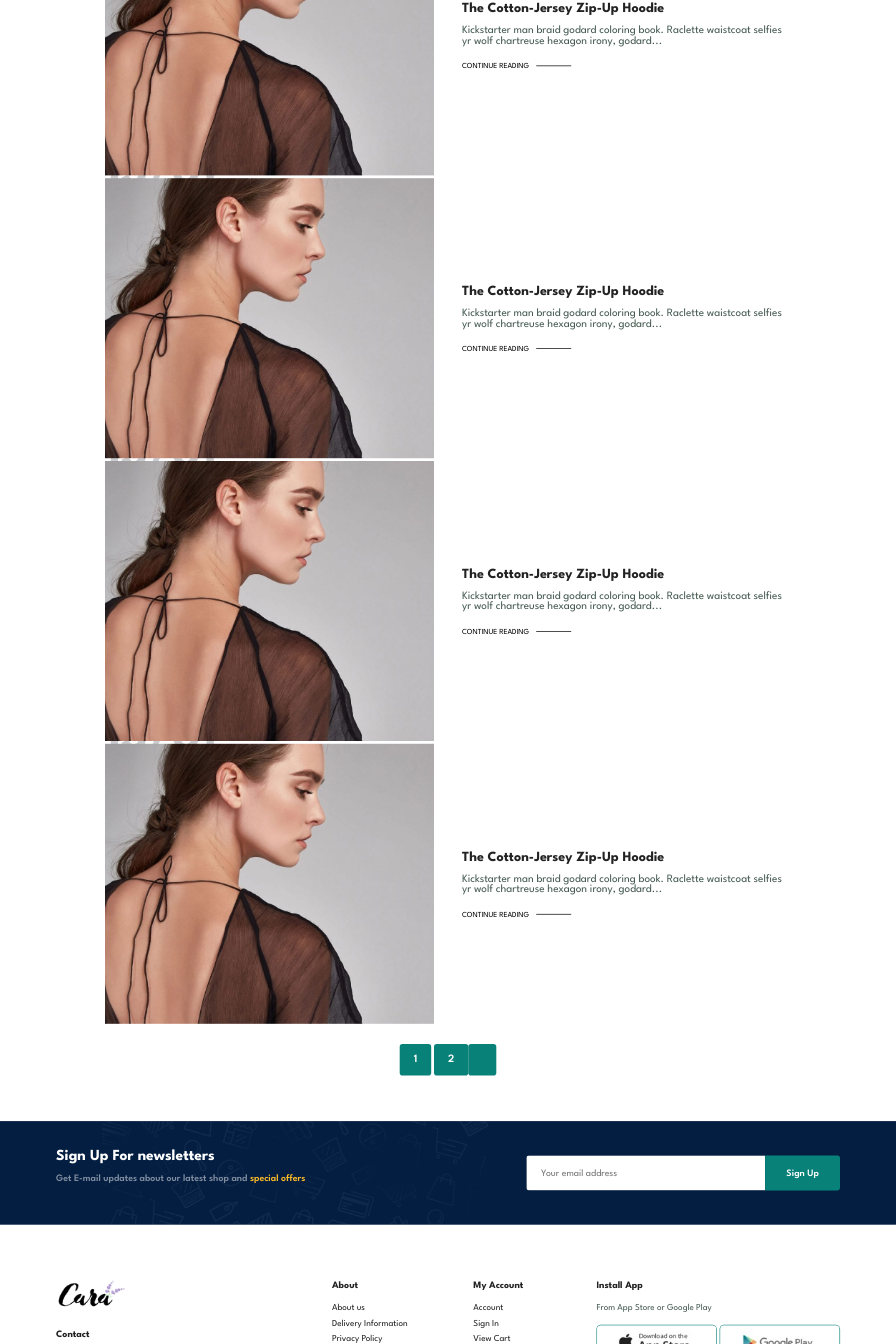
Repository: quy261001/cara
Page: blog.html
The author's editor kept a copy of each file at every save. The page is drawn from the files as they stood at one save, then again after the next save.
The browser window is 1280 px wide. The pictures show the part of the page from y = 672 to 2592 px (the page is 2845 px tall before and 3205 px after), at 70% of full size.

Above is the page before, as saved 2022-05-03 22:36:24.

### blog.html
<!DOCTYPE html>
<html lang="en">
<head>
  <meta charset="UTF-8">
  <meta http-equiv="X-UA-Compatible" content="IE=edge">
  <meta name="viewport" content="width=device-width, initial-scale=1.0">
  <link rel="stylesheet" href="style.css">
  <title>Cara Blog</title>
</head>
<body>
  <section class="header">
    <a href="#"><img src="img/logo.png" class="logo" alt=""></a>

    <div>
      <ul class="navbar">
        <li><a href="index.html">Home</a></li>
        <li><a href="shop.html">Shop</a></li>
        <li><a class="active" href="blog.html">Blog</a></li>
        <li><a href="about.html">About</a></li>
        <li><a href="contact.html">Contact</a></li>
        <li class="lg-bag"><a href="cart.html"><i class="far fa-shopping-bag"></i></a></li>
        <a href="#" class="close"><i class="far fa-times"></i></a>
      </ul>
    </div>
    <div class="mobile">
      <a href="cart.html"><i class="menu far fa-shopping-bag"></i></a>
      <div class="bar">
        <i class=" fas fa-outdent"></i>
      </div>
    </div>
  </section>

  <section class="page-header blog-header">
    <h2>#readmore</h2>
    <p>Read all case studies about our products!</p>
  </section>

  <section class="blog">
    <div class="blog-box">
      <div class="blog-img">
        <img src="img/blog/b1.jpg" alt="">
      </div>
      <div class="blog-details">
        <h4>The Cotton-Jersey Zip-Up Hoodie</h4>
        <p>Kickstarter man braid godard coloring book. Raclette waistcoat selfies yr wolf chartreuse hexagon irony, godard...</p>
        <a href="#">CONTINUE READING</a>
      </div>
      <h1>13/01</h1>
    </div>
    <div class="blog-box">
      <div class="blog-img">
        <img src="img/blog/b1.jpg" alt="">
      </div>
      <div class="blog-details">
        <h4>The Cotton-Jersey Zip-Up Hoodie</h4>
        <p>Kickstarter man braid godard coloring book. Raclette waistcoat selfies yr wolf chartreuse hexagon irony, godard...</p>
        <a href="#">CONTINUE READING</a>
      </div>
      <h1>13/01</h1>
    </div>
    <div class="blog-box">
      <div class="blog-img">
        <img src="img/blog/b1.jpg" alt="">
      </div>
      <div class="blog-details">
        <h4>The Cotton-Jersey Zip-Up Hoodie</h4>
        <p>Kickstarter man braid godard coloring book. Raclette waistcoat selfies yr wolf chartreuse hexagon irony, godard...</p>
        <a href="#">CONTINUE READING</a>
      </div>
      <h1>13/01</h1>
    </div>
    <div class="blog-box">
      <div class="blog-img">
        <img src="img/blog/b1.jpg" alt="">
      </div>
      <div class="blog-details">
        <h4>The Cotton-Jersey Zip-Up Hoodie</h4>
        <p>Kickstarter man braid godard coloring book. Raclette waistcoat selfies yr wolf chartreuse hexagon irony, godard...</p>
        <a href="#">CONTINUE READING</a>
      </div>
      <h1>13/01</h1>
    </div>
  </section>

  <section class="pagination section-p1">
    <a href="#">1</a>
    <a href="#">2</a>
    <a href="#"><i class="next fal fa-long-arrow-alt-right"></i></a>
  </section>

  <section class="newsletter section-p1 section-m1">
      <div class="newstext">
          <h4>Sign Up For newsletters</h4>
          <p>Get E-mail updates about our latest shop and <span>special offers</span></p>
      </div>
      <div class="form">
        <input type="text" placeholder="Your email address">
        <button class="normal">Sign Up </button>
      </div>
  </section>

  <footer class="section-p1">
    <div class="col">
      <img class="logo" src="img/logo.png" alt="">
      <h4>Contact</h4>
      <p><strong>Address: </strong>562 Wellington Road, Street 32, San Francisco</p>
      <p><strong>Phone: </strong>+01 2222 365 /(+91) 01 2345 6789</p>
      <p><strong>Hours: </strong>10:00 - 18:00, Mon - Sat</p>
      <div class="follow">
        <h4>Follow us</h4>
        <div class="icon">
          <i class="fab fa-facebook-f"></i>
          <i class="fab fa-twitter"></i>
          <i class="fab fa-instagram"></i>
          <i class="fab fa-pinterest-p"></i>
          <i class="fab fa-youtube"></i>
        </div>
      </div>
    </div>

    <div class="col">
      <h4>About</h4>
      <a href="#">About us</a>
      <a href="#">Delivery Information</a>
      <a href="#">Privacy Policy</a>
      <a href="#">Terms & Conditions</a>
      <a href="#">Contact Us</a>
    </div>

    <div class="col">
      <h4>My Account</h4>
      <a href="#">Account</a>
      <a href="#">Sign In</a>
      <a href="#">View Cart</a>
      <a href="#">My Wishlist</a>
      <a href="#">Track My Order</a>
      <a href="#">Help</a>
    </div>

    <div class="col install">
      <h4>Install App</h4>
      <p>From App Store or Google Play</p>
      <div class="row">
        <img src="img/pay/app.jpg" alt="">
        <img src="img/pay/play.jpg" alt="">
      </div>
      <p>Secured Payment Gateways</p>
      <img src="img/pay/pay.png" alt="">
    </div>
  </footer>
  <section>
    <div class="copyright">
      <p>@ 2021, Teach2 etc - HTML CSS Ecommerce Template</p>
    </div>
  </section>
  <script src="script.js"></script>
  <script defer src="https://pro.fontawesome.com/releases/v5.15.4/js/all.js"></script>
</body>
</html>

### style.css
@import url('https://fonts.googleapis.com/css2?family=League+Spartan:wght@100;200;300;400;500;600;700;800;900&display=swap');
* {
  margin: 0;
  padding: 0;
  box-sizing: border-box;
  font-family: 'League Spartan', sans-serif;
}
h1 {
  font-size: 50px;
  line-height: 64px;
  color: #222;
}
h2 {
  font-size: 46px;
  line-height: 53px;
  color: #222;
}
h4 {
  font-size: 20px;
  color: #222;
}
h6 {
  font-weight: 700;
  font-size: 12px;
}
p {
  font-size: 16px;
  color: #465b52;
  margin: 15px 0 20px 0;
}
.section-p1 {
  padding: 40px 80px;
}
.section-m1 {
  margin: 40px 0;
}
button.normal {
  font-size: 14px;
  font-weight: 600;
  padding: 15px 30px;
  color: #000;
  background-color: #fff;
  border-radius: 4px;
  cursor: pointer;
  border: none;
  outline: none;
  transition: 0.2s;
}
button.while {
  font-size: 13px;
  font-weight: 600;
  padding: 11px 22px;
  color: #000;
  background-color: transparent;
  cursor: pointer;
  border: 1px solid #fff;
  outline: none;
  transition: 0.2s;
}
body {
  width: 100%;
}

/* Header-start */
.header {
  display: flex;
  justify-content: space-between;
  align-items: center;
  padding: 20px 80px;
  background-color: #E3E6F3;
  box-shadow: 0 5px 15px rgba(0, 0, 0, 0.06);
  z-index: 999;
  position: sticky;
  top: 0;
  left: 0;
}

.navbar {
  display: flex;
  align-items: center;
  justify-content: center;
}

.navbar li {
  list-style: none;
  padding: 0 20px;
  position: relative;
}

.navbar li a {
  text-decoration: none;
  font-size:16px;
  font-weight: 600;
  color: #1a1a1a;
  transition: 0.3s ease;
}

.navbar li a:hover,
.navbar li a.active {
  color: #088178;
}

.navbar li a.active::after,
.navbar li a:hover::after {
  content: "";
  width: 30%;
  height: 2px;
  background-color: #088178;
  position: absolute;
  bottom: -4px;
  left: 20px;
}
.mobile {
  display: none;
  align-items: center;
}
.close {
  display: none;
}
/* Home page */
.hero {
  background-image: url("img/hero4.png");
  height: 90vh;
  width: 100%;
  background-position: top 25% right 0;
  background-size: cover;
  display: flex;
  justify-content: center;
  align-items: flex-start;
  flex-direction: column;
  padding: 0 80px;
}

.hero h4 {
  padding-bottom: 15px;
}

.hero h1 {
  color: #088178;
}

.hero button {
  background-image: url("img/button.png");
  background-color: transparent;
  color: #088178;
  border: 0;
  padding: 14px 80px 14px 80px;
  background-repeat: no-repeat;
  cursor: pointer;
  font-weight: 700;
}

.feature {
  display: flex;
  align-items: center;
  justify-content: space-between;
  flex-wrap: wrap;
}

.feature .fe-box {
   width: 180px;
   text-align: center;
   padding: 25px 15px;
   box-shadow: 20px 20px 34px rgba(0, 0, 0, 0.03);
   border: 1px solid #cce7d0;
   border-radius: 4px;
   margin: 15px 0;
}

.feature .fe-box:hover {
  box-shadow: 10px 10px 54px rgba(70, 62, 221, 0.1);
}
.feature .fe-box img {
  width: 100%;
  margin-bottom: 10px;
}
.feature .fe-box h6 {
  display: inline-block;
  padding: 9px 8px 6px 8px;
  line-height: 1;
  border-radius: 4px;
  color: #088178;
  background-color: #fddde4;
}
.feature .fe-box:nth-child(2) h6 {
  background-color: #cdebbc;
}
.feature .fe-box:nth-child(3) h6 {
  background-color: #d1e8f2;
}
.feature .fe-box:nth-child(4) h6 {
  background-color: #cdd4f8;
}
.feature .fe-box:nth-child(5) h6 {
  background-color: #f6dbf6;
}
.feature .fe-box:nth-child(6) h6 {
  background-color: #fff2e5;
}

.product1 {
  text-align: center;
}
.product1 .pro-container {
  display: flex;
  justify-content: space-between;
  flex-wrap: wrap;
  padding-top: 20px;
}
.product1 .pro {
  position: relative;
  width: 23%;
  min-width: 250px;
  padding: 10px 12px;
  border: 1px solid #cce70d;
  border-radius: 25px;
  cursor: pointer;
  box-shadow: 20px 20px 30px rgba(0, 0, 0, 0.02);
  margin: 15px 0;
  transition: 0.2s ease;
}
.product1 .pro:hover {
  box-shadow: 20px 20px 30px rgba(0, 0, 0, 0.06);
}
.product1 .pro img {
  width: 100%;
  border-radius: 20px;
}
.product1 .pro .des {
  text-align: start;
  padding: 10px 0;
}
.product1 .pro .des span {
  color: #606063;
  font-size: 12px;
}
.product1 .pro .des h5 {
  padding-top: 7px;
  color: #1a1a1a;
  font-size: 14px;
}
.star {
  font-size: 12px;
  color: rgb(243, 181, 25);
}
.product1 .pro .des h4 {
  padding-top: 7px;
  font-size: 15px;
  font-weight: 700;
  color: #088178;
}
.product1 .pro .cart {
  width: 40px;
  height: 40px;
  line-height: 40px;
  border-radius: 50px;
  background-color: #e8f6ea;
  font-weight: 500;
  color: #088178;
  border: 1px solid #cce7d0;
  padding: 10px;
  position: absolute;
  bottom: 20px;
  right: 10px;
}

.banner {
  display: flex;
  flex-direction: column;
  justify-content: center;
  align-items: center;
  background-image: url("img/banner/b2.jpg");
  width: 100%;
  height: 40vh;
  background-size: cover;
  background-position: center;
}
.banner h4 {
  color: #fff;
  font-size: 16px;
}
.banner h2 {
  color: #fff;
  font-size: 30px;
  padding: 10px 0;
}
.banner h2 span {
  color: #ef3636;
}
.banner button:hover {
  background: #088178;
  color: #fff;
}

.sm-banner {
  display: flex;
  justify-content: space-between;
  flex-wrap: wrap;
}

.sm-banner .banner-box {
  display: flex;
  flex-direction: column;
  justify-content: center;
  align-items: flex-start;
  text-align: center;
  background-image: url("img/banner/b17.jpg");
  min-width: 49%;
  height: 50vh;
  background-size: cover;
  background-position: center;
  padding: 30px;
}
.sm-banner .banner-box2 {
  background-image: url("img/banner/b10.jpg");
}
.sm-banner h4 {
  color: #fff;
  font-size: 30px;
  font-weight: 300;
}
.sm-banner h2 {
  color: #fff;
  font-size: 38px;
  font-weight: 800;
}
.sm-banner span {
  color: #fff;
  font-size: 24px;
  font-weight: 500;
  margin-bottom: 15px;
}
.sm-banner .banner-box:hover button {
  background-color: #088178;
  border: 1px solid #088178;
}

.banner3 {
  display: flex;
  justify-content: space-between;
  flex-wrap: wrap;
}

.banner3 .banner-box {
  display: flex;
  flex-direction: column;
  justify-content: center;
  align-items: flex-start;
  text-align: center;
  background-image: url("img/banner/b7.jpg");
  min-width: 30%;
  height: 30vh;
  background-size: cover;
  background-position: center;
  padding: 20px;
  margin-bottom: 20px;
}

.banner3 .banner-box2 {
  background-image: url("img/banner/b4.jpg");
}

.banner3 .banner-box3 {
  background-image: url("img/banner/b18.jpg");
}

.banner3 h2 {
  color: #fff;
  font-weight: 900;
  font-size: 22px;
}

.banner3 h3 {
  color: #ec544e;
  font-weight: 800;
  font-size: 15px;
}

.newsletter {
  display: flex;
  justify-content: space-between;
  flex-wrap: wrap;
  align-items: center;
  background-image: url("img/banner/b14.png");
  background-repeat: no-repeat;
  background-position: 20% 30%;
  background-color: #041e42;
}
.newsletter h4 {
  font-size: 22px;
  font-weight: 700;
  color: #fff;
}
.newsletter p {
  font-size: 14px;
  font-weight: 600;
  color: #818ea0;
}
.newsletter p span {
  color: #ffbd27;
}

.newsletter .form {
  display: flex;
  width: 40%;
}

.newsletter input {
  height: 3.125rem;
  width: 24.125rem;
  padding: 0 1.25rem;
  font-size: 14px;
  border: 1px solid transparent;
  border-radius: 4px;
  outline: none;
  border-top-right-radius: 0;
  border-bottom-right-radius: 0;
}
.newsletter button {
  background-color: #088178;
  color: #fff;
  white-space: nowrap;
  padding:18px 30px;
  border-top-left-radius: 0;
  border-bottom-left-radius: 0;
}

footer {
  display: flex;
  flex-wrap: wrap;
  justify-content: space-between;
}
footer .col {
  display: flex;
  flex-direction: column;
  align-items: flex-start;
  margin-bottom: 20px;
}
footer .logo {
    margin-bottom: 30px;
}
footer h4 {
  font-size: 14px;
  margin-bottom: 20px;
}
footer p {
  font-size: 13px;
  margin: 0 0 8px 0;
}
footer a  {
  font-size: 13px;
  text-decoration: none;
  color: #222;
  margin-bottom: 10px;
}
footer .follow {
  margin-top: 20px;
}
footer .follow i {
  color: #456b52;
  padding-right: 4px;
  cursor: pointer;
}
footer .install .row img {
  border: 1px solid #088178;
  border-radius: 6px;
}
footer .install img {
  margin: 10px 0 15px 0;
}
footer .folow i:hover,
footer a:hover {
  color: #088178;
}
.copyright {
  width: 100%;
  text-align: center;
}

/* Shop page */
.page-header {
  background-image: url("img/banner/b1.jpg");
  height: 100%;
  height: 40vh;
  background-size: cover;
  display: flex;
  justify-content: center;
  align-items: center;
  flex-direction: column;
  padding: 14px;
}
.page-header h2,
.page-header p {
  color: #fff;

}
.pagination {
  text-align: center;
}
.pagination a {
  text-decoration: none;
  background-color: #088178;
  padding: 15px 20px;
  border-radius: 4px;
  color: #fff;
  font-weight: 600;
}
.pagination .next {
  font-size: 16px;
}

/* Single Product  */
.prodetails {
  display: flex;
  margin-top: 20px;
}
.prodetails .single-pro-image {
  width: 40%;
  margin-right: 50px;
}

.small-img-group {
  display: flex;
  justify-content: space-between;

}
.small-img-col {
  flex-basis: 24%;
  cursor: pointer;
}
.prodetails .single-pro-details {
  width: 50%;
  padding-top: 30px;
}
.prodetails .single-pro-details h4 {
  padding: 40px 0 20px 0;
}
.prodetails .single-pro-details h2 {
  font-size: 26px;
}
.prodetails .single-pro-details select {
  display: block;
  padding: 5px 10px;
  margin-bottom: 10px;
}
.prodetails .single-pro-details input {
  width: 50px;
  height: 47px;
  padding-left: 10px;
  font-size: 16px;
  margin-right: 10px;
}
.prodetails .single-pro-details input:focus {
  outline: none;
}
.prodetails .single-pro-details button {
  background-color: #088178;
  color: #fff;
}
.prodetails .single-pro-details span {
  line-height: 25px;
}

/* Blog page */
.blog-header {
  background-image: url("img/banner/b19.jpg");
}
.blog {
  padding: 150px 150px 0 150px;
}
.blog .blog-box {
  position: relative;
  display: flex;
  align-items: center;
  width: 100%;
}
.blog .blog-img {
  width: 50%;
  margin-right: 40px;
}
.blog img {
  width: 100%;
  height: 400px;
  object-fit: cover;
}
.blog .blog-details {
  width: 50%;
}
.blog .blog-details a{
  text-decoration: none;
  font-size: 11px;
  color: #000;
  position: relative;
  transition: 0.3s;
}
.blog .blog-details a::after {
  content: "";
  width: 50px;
  height: 1px;
  background-color: #000;
  position: absolute;
  top: 4px;
  right: -60px;
}
.blog .blog-details a:hover {
  color: #088178;
}

.blog .blog-details a:hover::after {
  background-color: #088178;
}
.blog .blog-box h1 {
  position: absolute;
  top: -40px;
  left: 0;
  font-size: 70px;
  font-weight: 700;
  color: #c9cbce;
  z-index: -9;
}
/* Start Media Query */

@media (max-width: 799px) {
  /* .section-p1 {
    padding: 40px 40px;
  } */
  .navbar {
    display: flex;
    flex-direction: column;
    align-items: flex-start;
    justify-content: flex-start;
    position: fixed;
    top: 0;
    right: -300px;
    height: 100vh;
    width: 300px;
    background-color: #E3E6F3;
    box-shadow: 0 40px 60px rgba(0, 0, 0, 0.1);
    padding: 80px 0 0 10px;
    transition: 0.3s;
  }
    .active {
    right: 0px;
  }
  .navbar li {
    margin-bottom: 25px;
  }
  .mobile {
    display: flex;
    align-items: center;
  }
  .mobile .menu {
    /* display: none; */
    color: #1a1a1a;
    font-size: 20px;
    margin-right: 20px;
  }
  .mobile .bar {
    color: #1a1a1a;
    font-size: 20px;
    padding-left: 10px;
  }
  .close {
    display: block;
    position: absolute;
    top: 30px;
    left: 30px;
    color: #222;
    font-size: 24px;
  }
  .lg-bag {
    display: none;
  }
  .hero {
    height: 70vh;
    padding: 0 80px;
    background-position: top 30% right 30%;
  }
  /* .feature {
    justify-content: center;
  }
  .feature .fe-box {
    margin: 15px 15px;
  } */
  .banner {
    height: 20vh;
  }
  .sm-banner .banner-box {
    min-width: 100%;
    height: 30vh;

  }
  .banner3 {
    padding: 0 40px;
  }
  .banner3 .banner-box {
    width: 28%;
  }
  .newsletter .form{
    width: 70%;
  }
}

@media (max-width: 477px) {
  .bar svg {
    pointer-events: none;
  }
  .section-p1 {
    padding: 20px;
  }
  .header {
    padding: 10px 30px;
  }
  h1 {
    font-size: 38px;
  }
  h2 {
    font-size: 32px;
  }
  .hero {
    padding: 0 20px;
    background-position: 55%;
  }
  .feature .fe-box {
    width: 155px;
    margin: 0 0 15px 0;
  }
  .product1 .pro {
    width: 100%;
  }
  .banner {
    height: 40vh;
  }
  .banner h2 {
    text-align: center;
  }
  .sm-banner .banner-box {
    height: 40vh;
  }
  .sm-banner .banner-box2 {
    margin-top: 20px;
  }
  .banner3 {
    padding: 0 20px;
  }
  .banner3 .banner-box {
    width: 100%;
  }
  .newsletter {
    padding: 40px 20px;
  }
  .newsletter .form {
    width: 100%;
  }
  .navbar {
    width: 240px;
  }

  /* Single Product */
  .page-header {
    background-position: top 0 right 50%;
  }
  .prodetails {
    display: flex;
    flex-direction: column;
  }
  .prodetails .single-pro-image {
    width: 100%;
    margin-right: 0px;
  }
  .prodetails .single-pro-details {
    width: 100%;
  }
}

### script.js
const bar = document.querySelector(".bar");
const nav = document.querySelector(".navbar");
const close = document.querySelector(".close");
console.log(bar)
console.log(nav)
if(bar) {
  bar.addEventListener("click", () => {
    nav.classList.add("active");
  })
}
if(close) {
  close.addEventListener("click", () => {
    nav.classList.remove("active");
  })
}

document.addEventListener("click", function(e) {
  if (!nav.contains(e.target) && !e.target.matches(".bar")) {
    nav.classList.remove("active")
  }
})

After the next save:
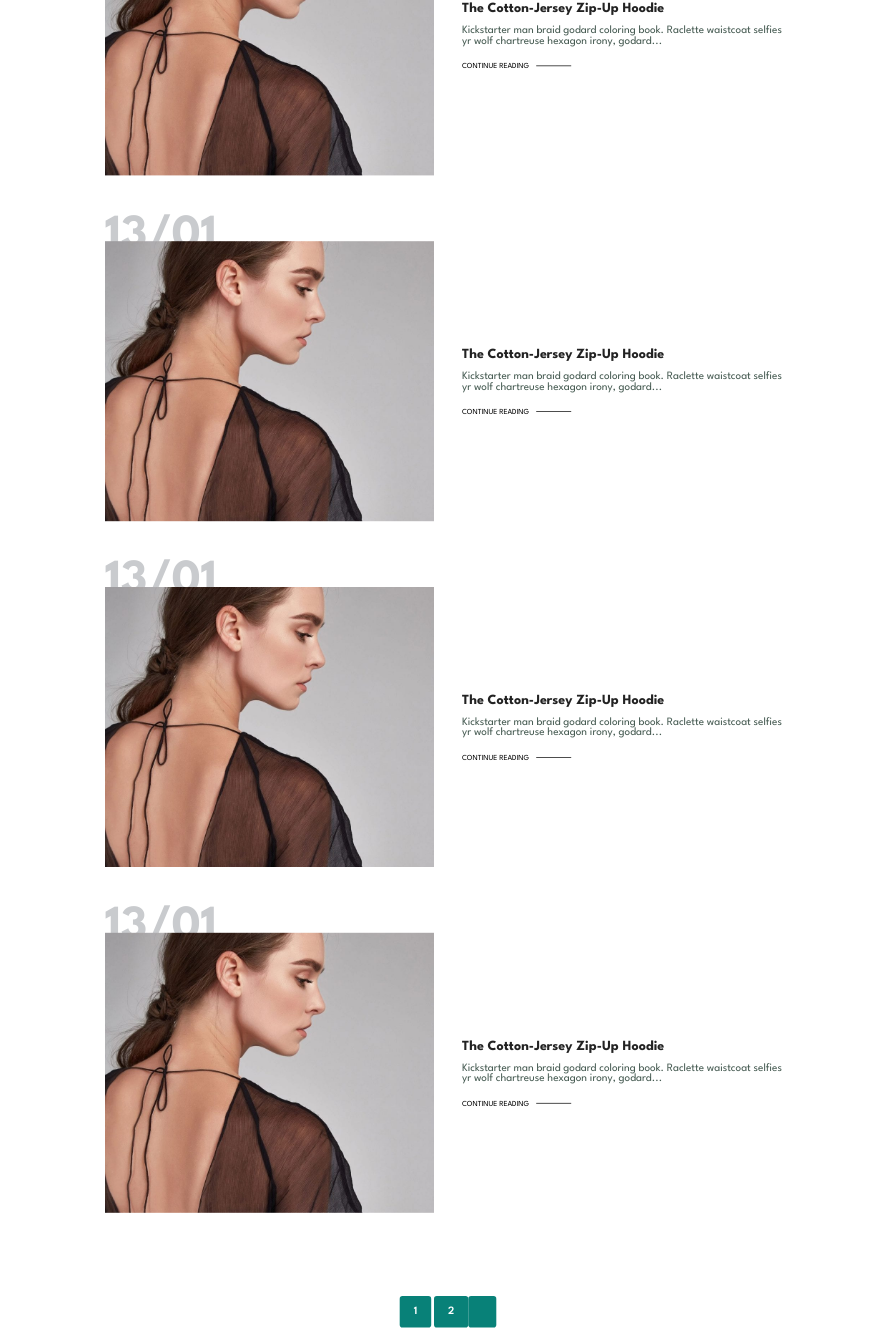
Saved 35 s later.
--- a/style.css
+++ b/style.css
@@ -573,6 +573,7 @@ footer a:hover {
   display: flex;
   align-items: center;
   width: 100%;
+  padding-bottom: 90px;
 }
 .blog .blog-img {
   width: 50%;
